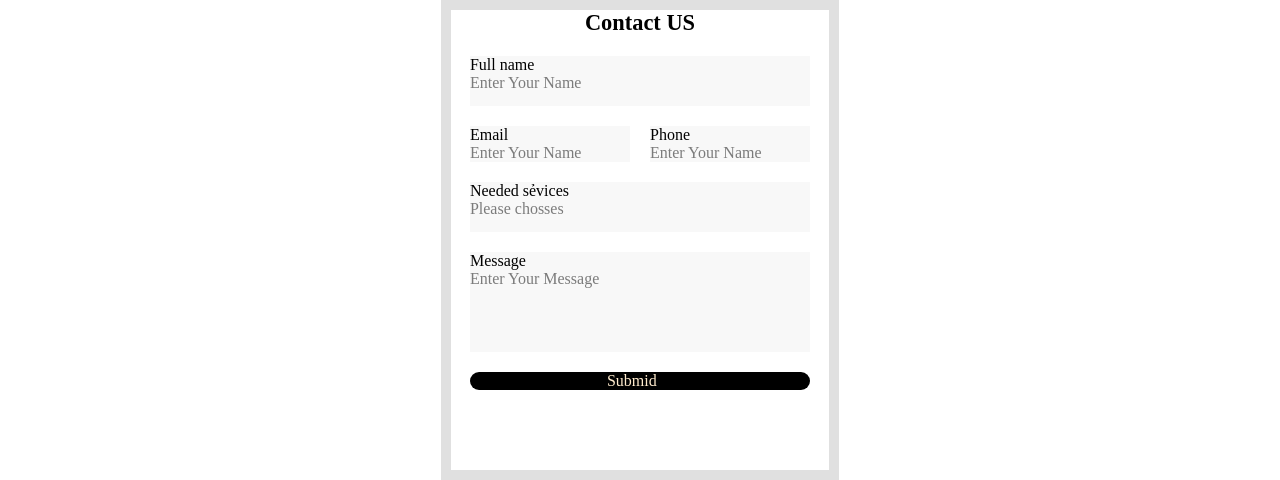
Repository: duyancol/project-ltw-nhom13
Page: baith3/Bài2/index.html
The author's editor kept a copy of each file at every save. The page is drawn from the files as they stood at one save, then again after the next save.
The browser window is 1280 px wide. The pictures show the part of the page from y = 0 to 480 px (the page is 900 px tall before and 960 px after).
Pictures or frames that could not be fetched are drawn as grey boxes. Some web fonts or font styles are not loaded; a fallback is used.

Above is the page before, as saved 2021-10-15 15:33:26.

### baith3/Bài2/index.html
<!DOCTYPE html>
<html lang="en">
<head>
    <meta charset="UTF-8">
    <meta http-equiv="X-UA-Compatible" content="IE=edge">
    <meta name="viewport" content="width=device-width, initial-scale=1.0">
    <title>Document</title>
    <link rel="stylesheet" href="./style.css">
    <link rel="stylesheet" href="./Image/themify-icons-font/themify-icons/themify-icons.css">
</head>
<body>
    <div class="Contact">
        <div class="formcontact">
            <h3 class="headerh3">Contact US</h3>
            <div class="name">
                <p class="headerinput">Full name</p>
                <p class="Enter"> Enter Your Name</p>

            </div>
            <div class="email-fhone">
            <div class="email">
                <p class="headerinput">Email</p>
                <p class="Enter"> Enter Your Name</p>
            </div>
            <div class="Phone">
                <p class="headerinput">Phone</p>
                <p class="Enter"> Enter Your Name</p>
            </div>
            </div>
            <div class="chooses name">
                <p class="headerinput">Needed sẻvices</p>
                <p class="Enter Please">Please chosses</p>
            </div>
            <div class="message name">
               <p class="headerinput">Message</p>
                <p class="Enter"> Enter Your Message</p>

            </div>
            <div class="submid">
                <p>Submid <i class="ti-arrow-right"></i></p>

            </div>
        </div>
    </div>
    <div class="form">
<div class="formdangnhap">
    <h3 class="headerh3">
        Sign In
    </h3>
    <input type="text" placeholder="user or email">
    <input type="text" placeholder="passwword">
 <div class="button butonsigin"> sing in</div>
 <div class="button butonlogin"> with for</div>
<div class="icon">
    <div class="fabook">
        <i class="ti-facebook"></i>
    </div>
    <div class="google">
        <i class="ti-google"></i>
    </div>
</div>
<div class="signup">Sign up</div>
</div>
    </div>
</body>
</html>

### baith3/Bài2/style.css
html, body, div, span, applet, object, iframe,h1, h2, h3, h4, h5, h6, p{
    margin: 0;
    padding: 0;
    border: 0;
    font-size: 100%;
  }

  ol, ul {
    list-style: none;
  }
  .Contact{

    width: 378px;
    height: 420px;
    margin: auto;
    border: 10px solid #ccc9;
    padding-bottom: 40px;
}



  .name{
    height: 50px;
    margin-bottom: 20px;
    background-color: rgb(204 204 204 / 15%);
    margin-top: 20px;
  }
  .formcontact{
    width: 90%;
    margin: auto;
  }
  .headerh3{
 text-align: center;
 font-size: 1.4rem;
  }
  .headerinput{

  }
  .Enter{
    opacity: 0.5;
  }
  .email-fhone{
display: flex;
justify-content: space-between;
  }
  .email{
    background-color: rgb(204 204 204 / 15%);
    ;
flex: 1;
  }
  .Phone{
      margin-left: 20px;
    background-color: rgb(204 204 204 / 15%);

flex: 1;
  }
  .chooses{

  }
  .Please{

  }
  .message{
 height: 100px;
  }
  .submid{
background-color: black;
text-align: center;
border-radius: 20px;
  }
  .submid p{
color: blanchedalmond;
  }
  .submid i{
color: blanchedalmond;
  }
  .form{

    width: 378px;
    height: 420px;
    margin: auto;

    position: relative;
    background-image: url(./Image/DN-Trien-lam-anh-Viet-Nam-o-Phu-Quoc-BaiDN-251217-40.jpg);
  }
  .formdangnhap{

  }
  input{
display: block;
  }
  .button{

  }
  .butonlogin{

  }
  .icon{

  }
  .icon .fabook{

  }
  .fabook i{

  }
  .google{

  }
  .google i{

  }
  .signup{

  }

Loaded but not shown: baith3/bai2+3/Image/themify-icons-font/themify-icons/themify-icons.css (common file)

After the next save:
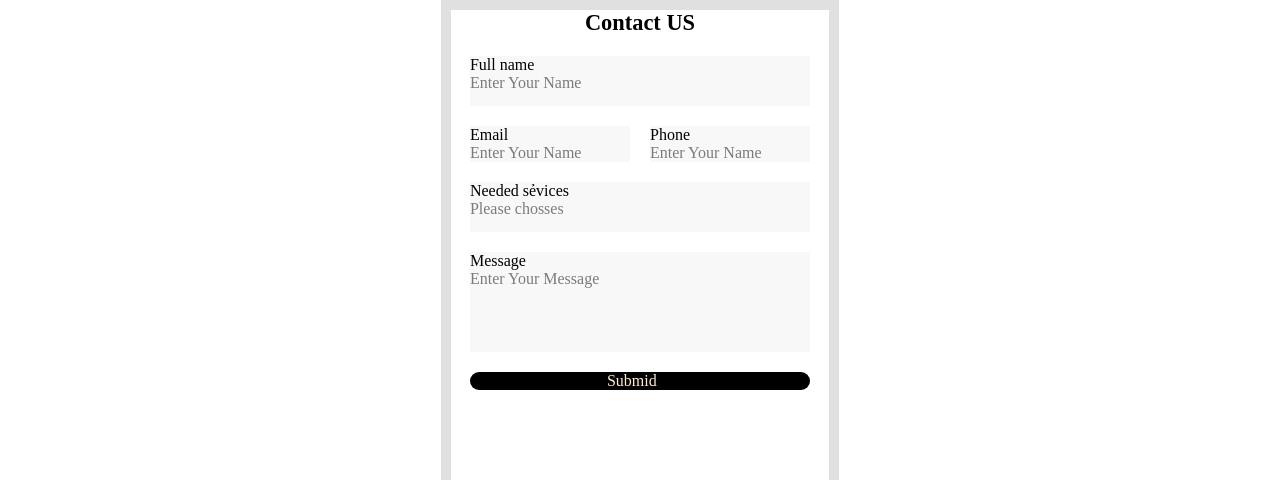
Saved 16 s later.
--- a/baith3/Bài2/style.css
+++ b/baith3/Bài2/style.css
@@ -14,7 +14,7 @@
     height: 420px;
     margin: auto;
     border: 10px solid #ccc9;
-    padding-bottom: 40px;
+    padding-bottom: 100px;
 }
 
 
